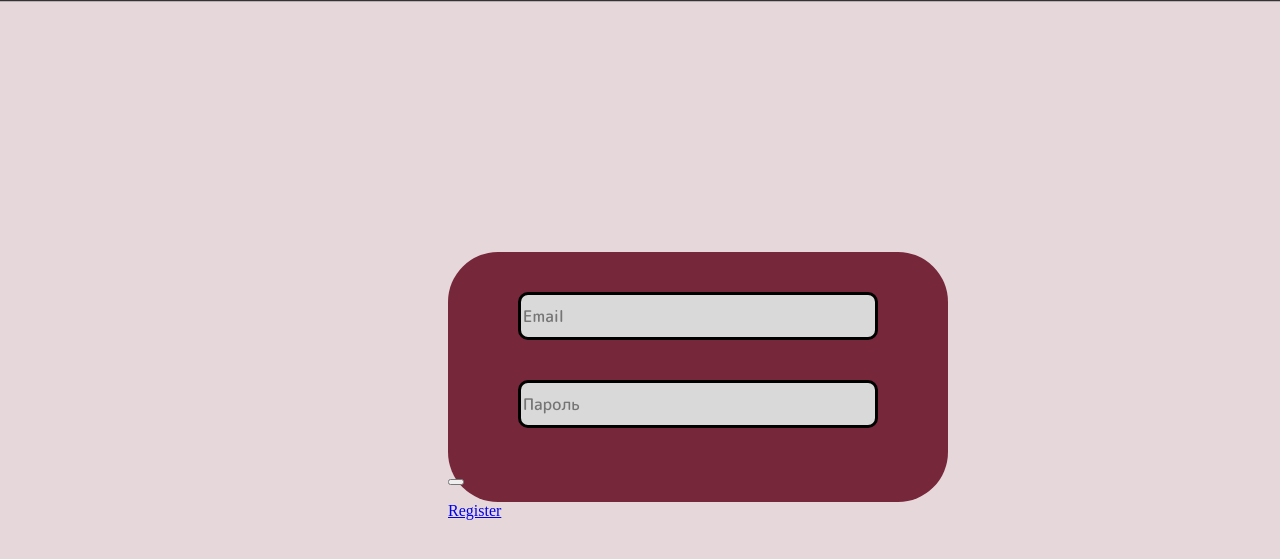
Repository: Kotya2001/FuzzyOps-App
Page: /login (app in frontend/my-app/)
These files come from the project's save history. The page is drawn as it stood at one moment and after a run of saves; the edit follows.
The browser window is 1280 px wide. The pictures show the whole page.
The project was rebuilt for these pictures with package versions that can differ from the ones it lists, and the page was loaded fresh each time. Also part of the build but not shown: frontend/my-app/src/pages/Item.js, frontend/my-app/src/pages/Base.js, frontend/my-app/src/pages/Resources.js, frontend/my-app/src/pages/Register.js.

Above is the page before, as saved 2022-09-18 17:55:36.

After the next 2 saves:
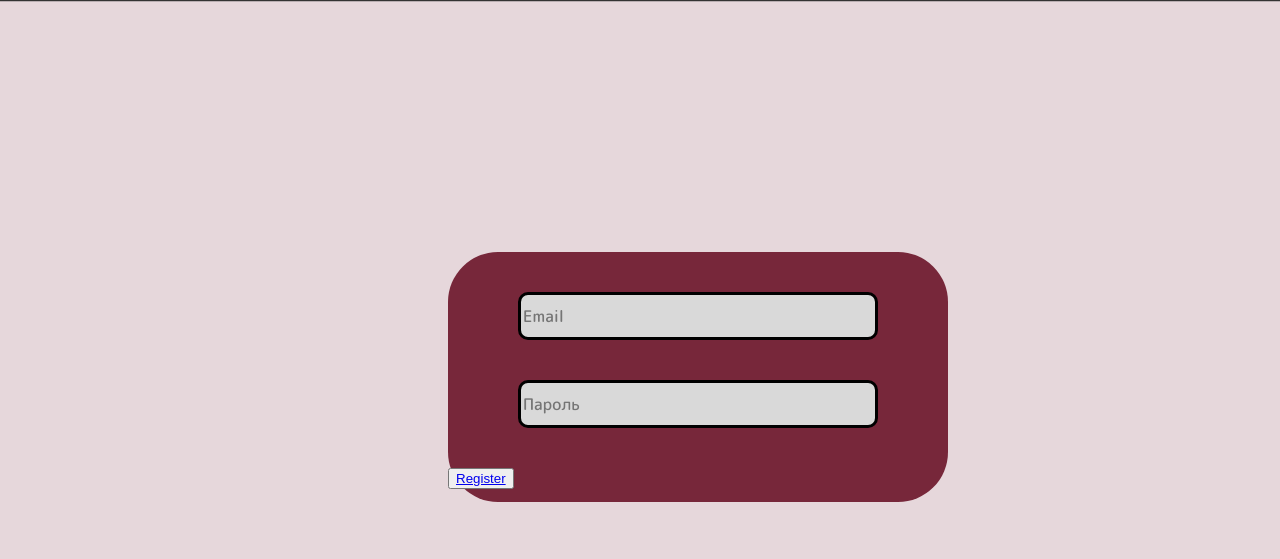
The 2 saves are shown as one change because they came seconds apart.
The last was saved 11 s later.
--- a/frontend/my-app/src/pages/Login.js
+++ b/frontend/my-app/src/pages/Login.js
@@ -9,10 +9,7 @@ export default class Login extends Component {
             <div className="inputForm">
                 <input type="text" placeholder="Email" className="type-1"/>
                 <input type="text" placeholder="Пароль" className="type-1"/>
-                <button></button>
-                <p>
-                    <Link to='/register'>Register</Link>
-                </p>
+                <button><Link to='/register'>Register</Link></button>
             </div>
         )
     }
